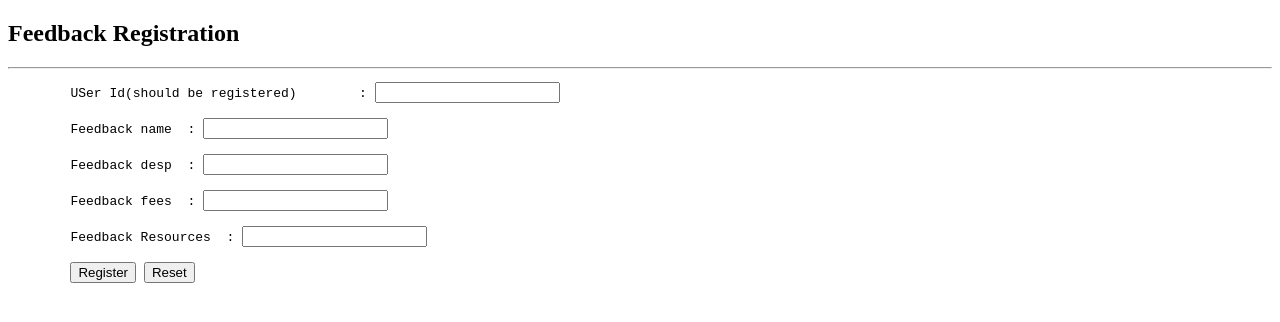
Repository: rathorea439/eLearning
Page: http://localhost/eLearing-springMVC/WEB-INF/views/add-feedback.jsp
These files come from the project's save history. The page is drawn as it stood at one moment and after the next save; the edit follows.
The browser window is 1280 px wide. The pictures show the whole page.
The page is served by Tomcat 9. Nobody is signed in. The template is opened directly, without the code that normally fills it, so the values that code supplies are empty.

Above is the page before, as saved 2021-07-26 16:19:20.

After the next save:
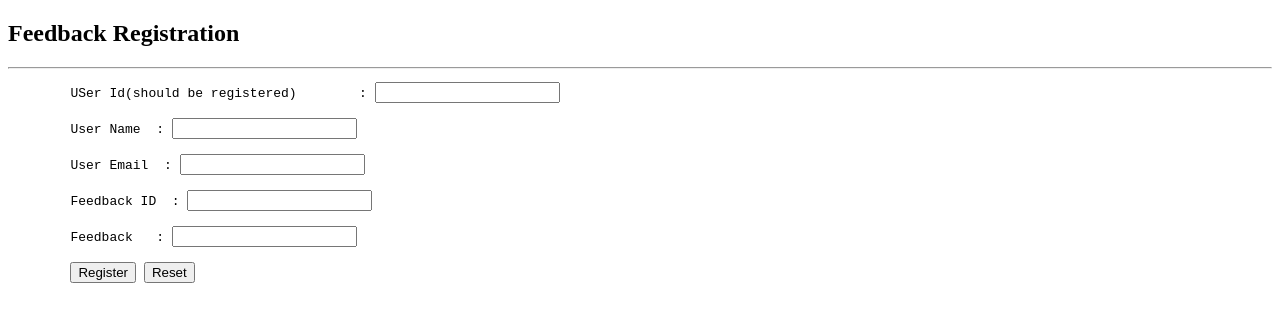
Saved 65 s later.
--- a/eLearing-springMVC/src/main/webapp/WEB-INF/views/add-feedback.jsp
+++ b/eLearing-springMVC/src/main/webapp/WEB-INF/views/add-feedback.jsp
@@ -13,10 +13,10 @@
 	<form:form action="register1" method="POST" modelAttribute="feedback">
 		<pre>
         USer Id(should be registered)        : <form:input path="user_id"  /><br>
-        Feedback name  : <form:input path="c_name"/><br>
-        Feedback desp  : <form:input path="c_desp" /><br>
-        Feedback fees  : <form:input path="c_fees" /><br>
-        Feedback Resources  : <form:input path="c_resource" /><br>
+        User Name  : <form:input path="name"/><br>
+        User Email  : <form:input path="email" /><br>
+        Feedback ID  : <form:input path="f_id" /><br>
+        Feedback   : <form:input path="feedback" /><br>
         <input type="submit" value="Register" /> <input
 				type="reset" value="Reset" />
         </pre>
